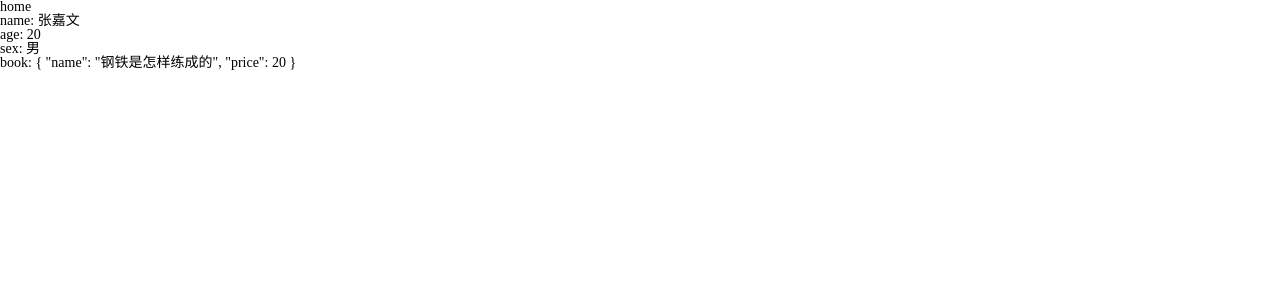
Repository: 596178924/vue3-ts-app
Page: /
These files come from the project's save history. The page is drawn as it stood at one moment and after the next save; the edit follows.
The browser window is 1280 px wide. The pictures show the whole page.
The project was rebuilt for these pictures with package versions that can differ from the ones it lists, and the page was loaded fresh each time. Also part of the build but not shown: vite.config.ts.

Above is the page before, as saved 2022-11-09 15:56:39.

After the next save:
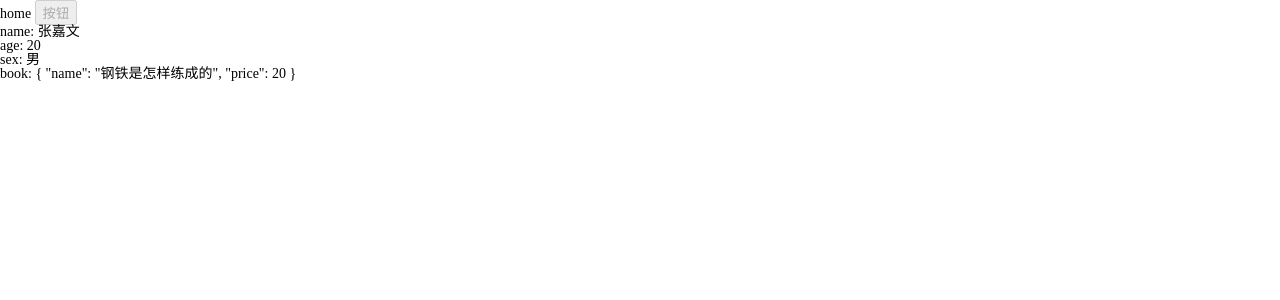
Saved 18 s later.
--- a/src/views/home/index.vue
+++ b/src/views/home/index.vue
@@ -2,6 +2,9 @@
 <template>
 	<div>
         home
+        <button disabled>
+            按钮
+        </button>
 		<p>name: {{ name }}</p>
 		<p>age: {{ age }}</p>
 		<p>sex: {{ sex }}</p>
